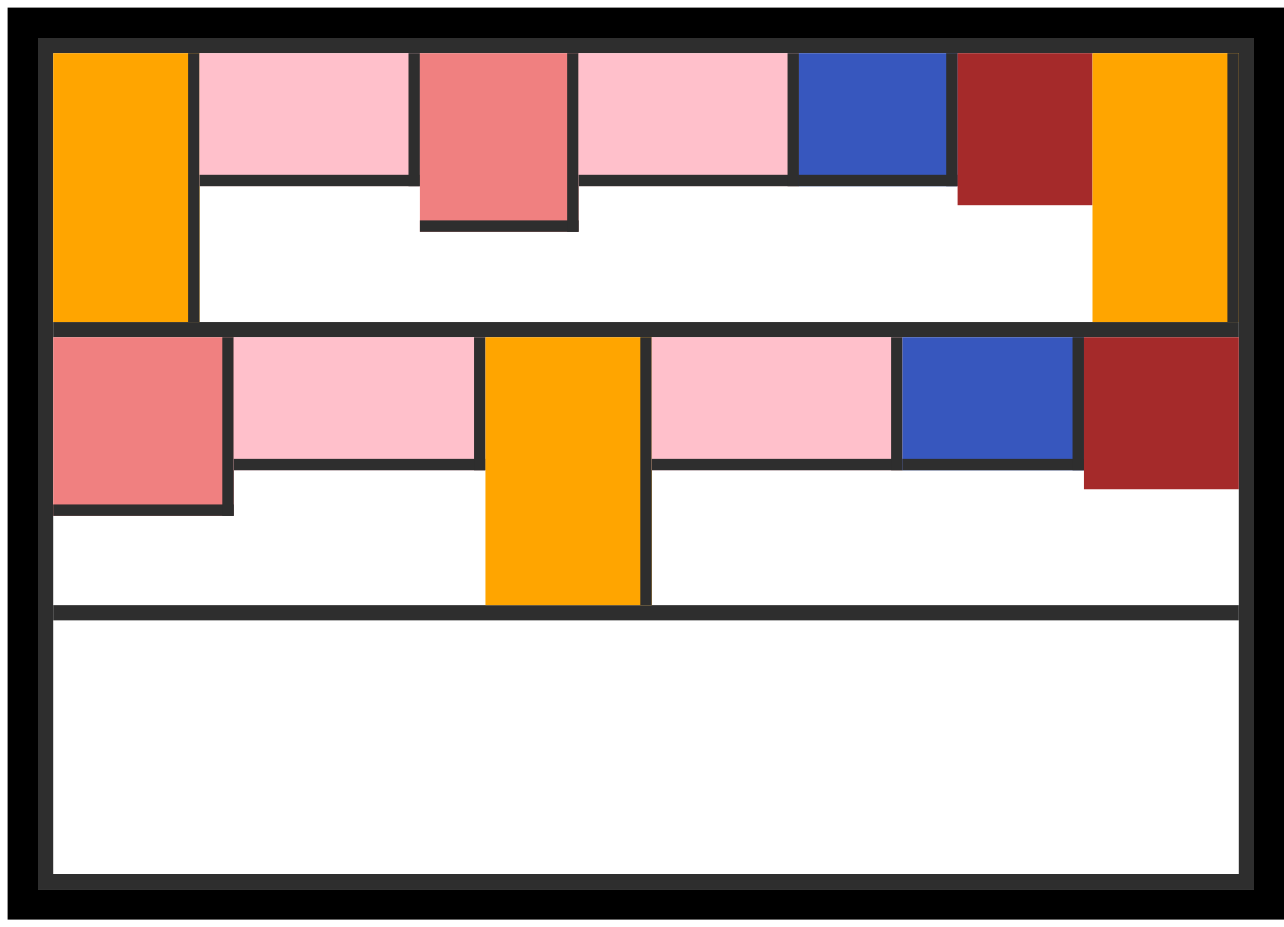
Repository: Tsardines/mondrian
Page: index.html
These files come from the project's save history. The page is drawn as it stood at one moment and after the next save; the edit follows.
The browser window is 1280 px wide. The page is 1352 px wide, so the pictures cover 1352 px, including what lies to the right of the window. The pictures show the whole page, at 95% of full size.
Some web fonts or font styles are not loaded; a fallback is used.

Above is the page before, as saved 2019-10-20 16:43:37.

After the next save:
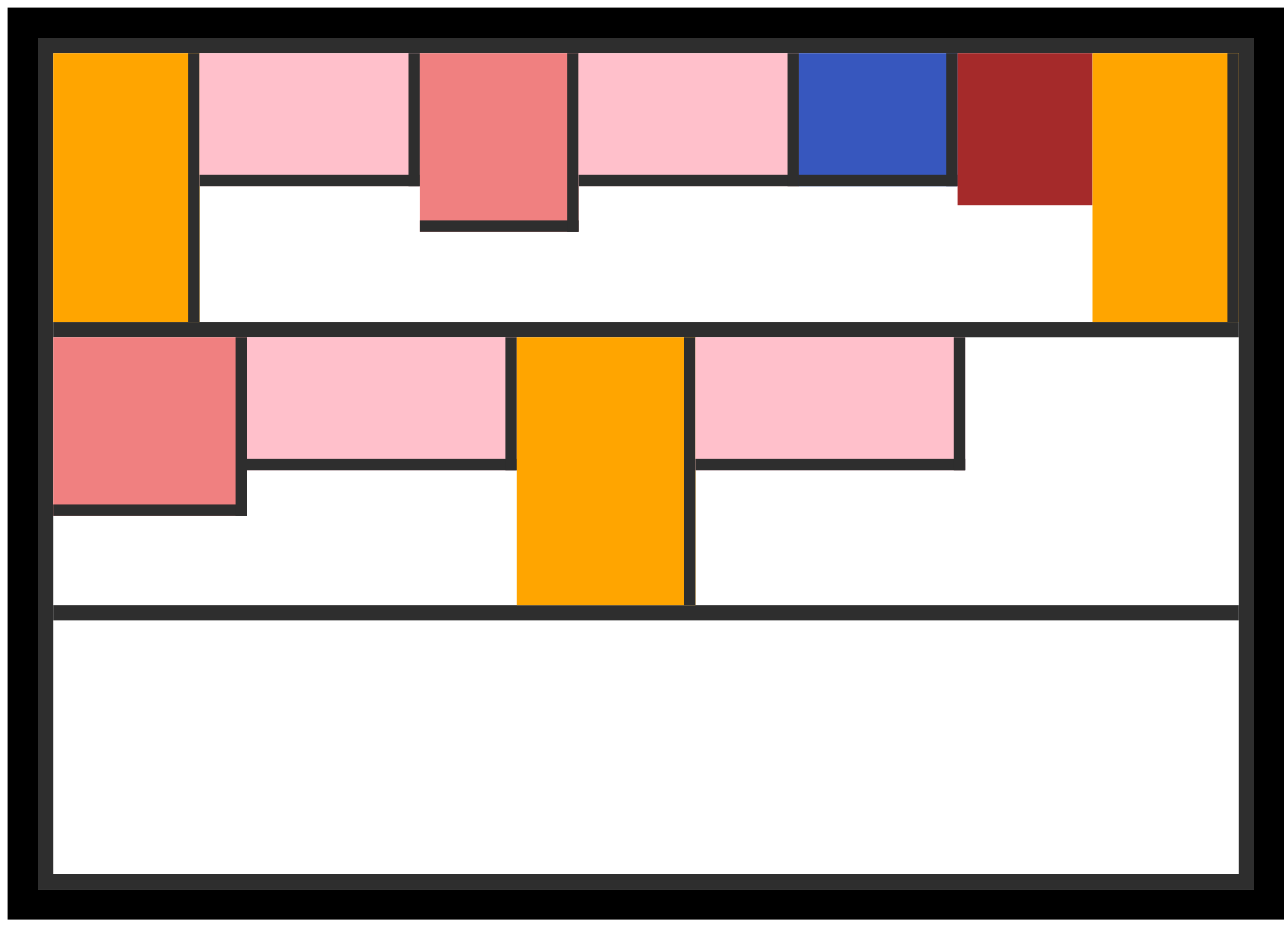
Saved 45 s later.
--- a/index.html
+++ b/index.html
@@ -20,8 +20,8 @@
                 <div class="rect--hori"></div>
                 <div class="sq--hori"></div>
                 <div class="rect--hori"></div>
-                <div class="rect--hori--mini"></div>
-                <div class="sq"></div>
+                <div class="rect--hori--sm"></div>
+                <div class="sq--sm"></div>
                 <div class="rect--vert"></div>
                 <!-- <div class="sq"></div> -->
                 <!-- <div class="rect--vert"></div> -->
--- a/styles.css
+++ b/styles.css
@@ -51,7 +51,7 @@
     width: 12rem;
 }
 
-.rect--hori--mini {
+.rect--hori--sm {
     background-color: rgb(55, 87, 190);
     border-bottom: 0.75rem solid rgb(46, 46, 46);
     border-right: 0.75rem solid rgb(46, 46, 46);
@@ -59,7 +59,7 @@
     width: 12rem;
 }
 
-.sq {
+.sq--sm {
     background-color: brown;
     height: 10rem;
     width: 11rem;
